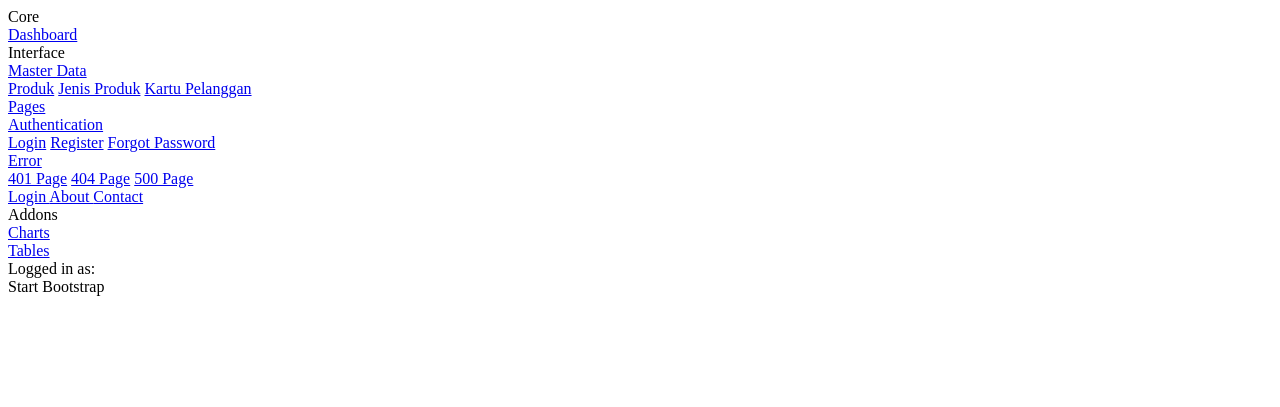
Repository: AHSANS354/MSIB5-Mini-Project
Page: http://localhost/admin/menu.php
These files come from the project's save history. The page is drawn as it stood at one moment and after the next save; the edit follows.
The browser window is 1280 px wide. The pictures show the whole page.
The page is run by PHP 8.4 with error messages shown; the project is at /var/www/html/.

Above is the page before, as saved 2023-10-30 10:36:54.

After the next save:
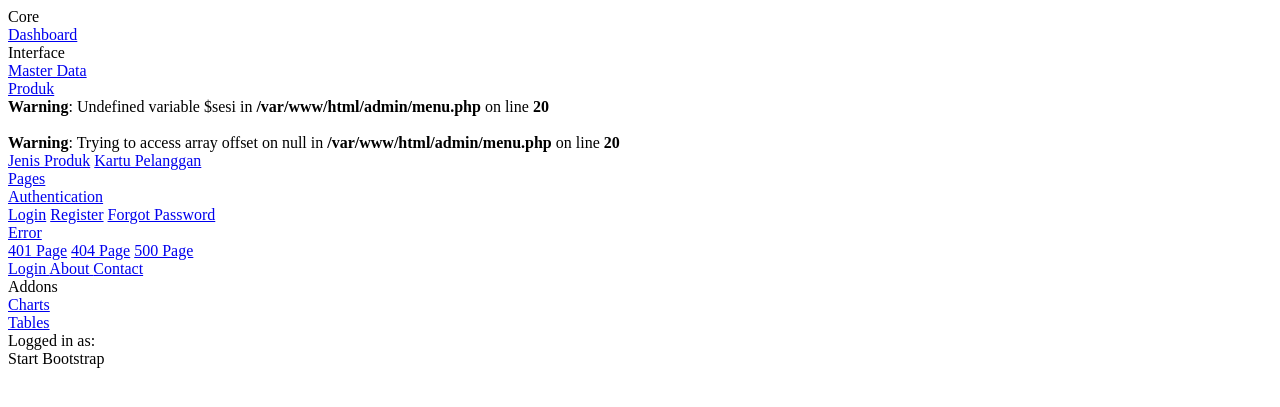
Saved 4 min 40 s later.
--- a/admin/menu.php
+++ b/admin/menu.php
@@ -17,7 +17,10 @@
                             <div class="collapse" id="collapseLayouts" aria-labelledby="headingOne" data-bs-parent="#sidenavAccordion">
                                 <nav class="sb-sidenav-menu-nested nav">
                                     <a class="nav-link" href="index.php?url=produk">Produk</a>
+                                    <?php if($sesi['role'] != 'staff'){
+                                        ?>
                                     <a class="nav-link" href="index.php?url=jenis_produk">Jenis Produk</a>
+                                <?php } ?>
                                     <a class="nav-link" href="index.php?url=kartu">Kartu Pelanggan</a>
                                 </nav>
                             </div>
